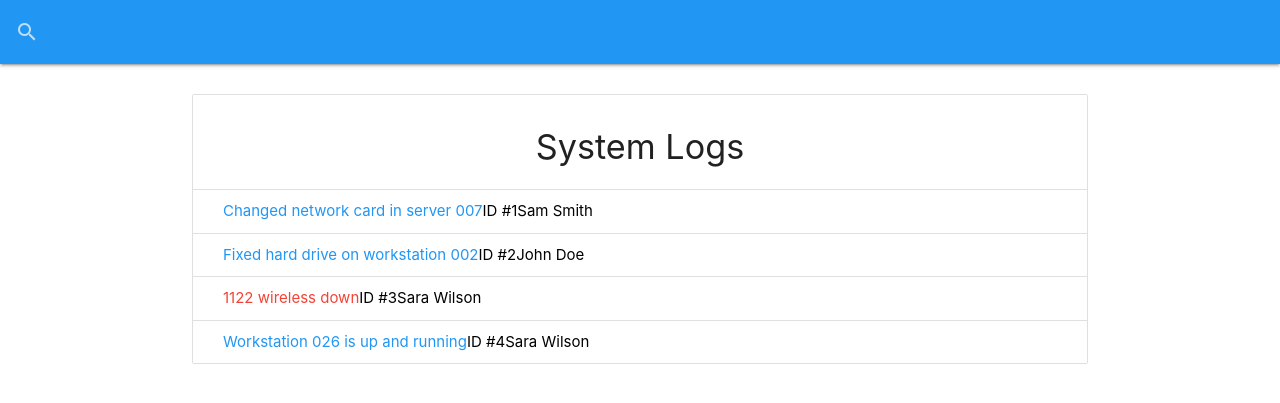
Repository: faraznisar/It-Logger
Page: /
The author's editor kept a copy of each file at every save. The page is drawn from the files as they stood at one save, then again after the next save.
The browser window is 1280 px wide. The pictures show the whole page.
The project was rebuilt for these pictures with package versions that can differ from the ones it lists, and the page was loaded fresh each time. Requests to the local data server were answered from the project's data file. Also part of the build but not shown: src/App.css.

Above is the page before, as saved 2020-08-15 15:49:56.

After the next save:
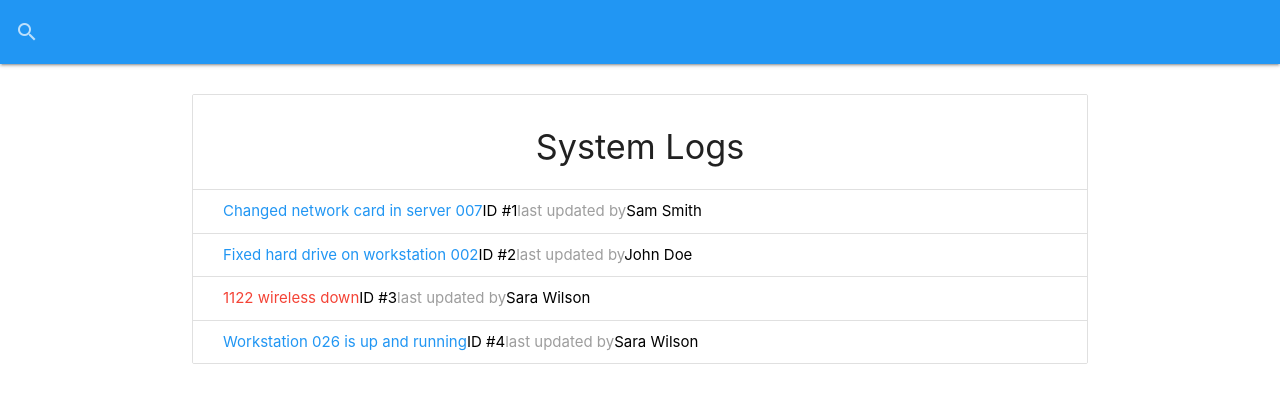
Saved 9 s later.
--- a/src/components/logs/LogItem.js
+++ b/src/components/logs/LogItem.js
@@ -16,6 +16,7 @@ const LogItem = ({ log }) => {
         </a>
         <span className="grey-text">
           <span className="black-text">ID #{log.id}</span>
+          last updated by
           <span className="black-text">{log.tech}</span>
         </span>
       </div>
